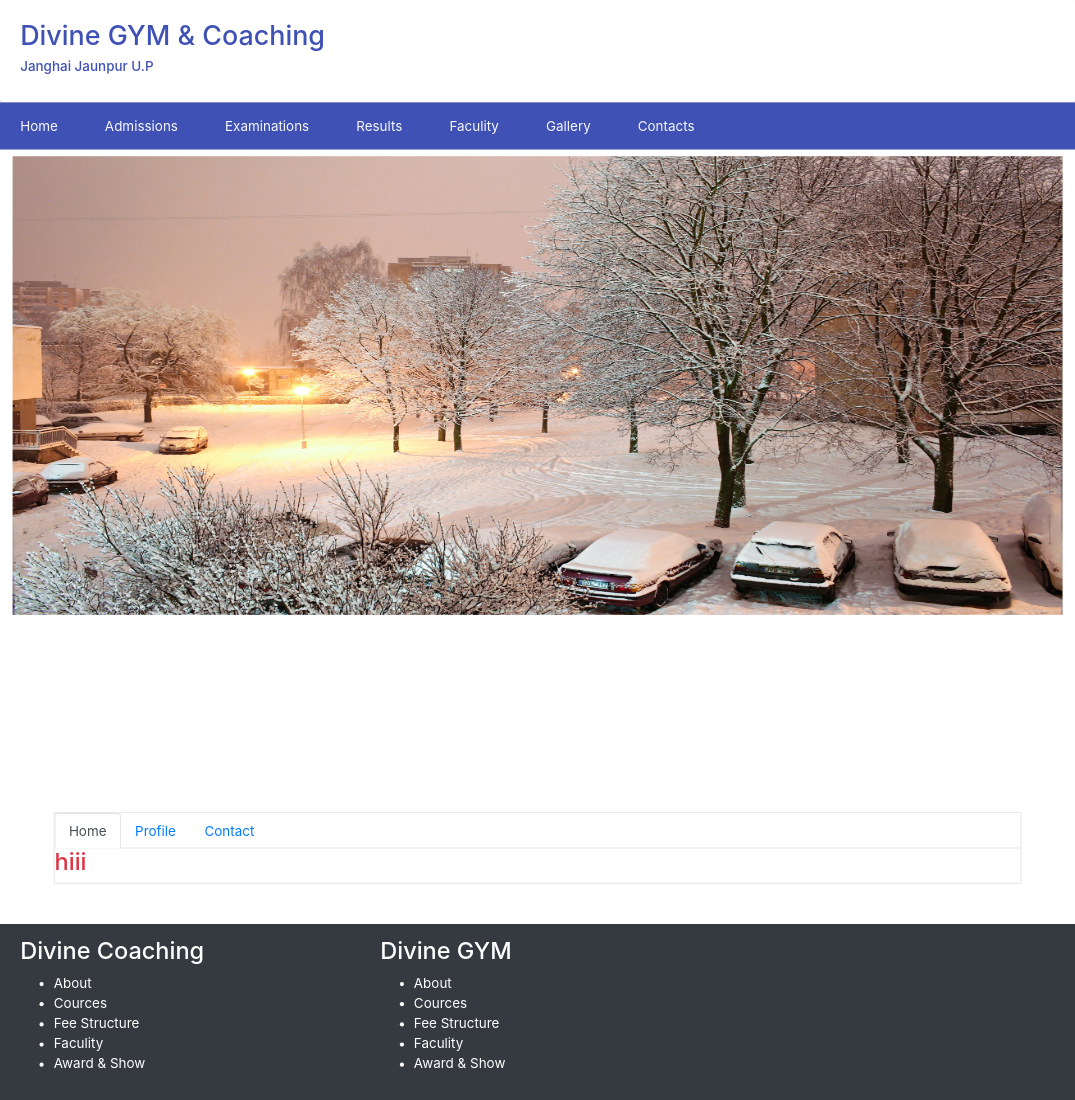
Repository: lalji-yadav/vikash-Coaching-frontend
Page: /gallery
The author's editor kept a copy of each file at every save. The page is drawn from the files as they stood at one save, then again after the next save.
The browser window is 1280 px wide. The pictures show the whole page, at 84% of full size.
The project was rebuilt for these pictures with package versions that can differ from the ones it lists, and the page was loaded fresh each time. Also part of the build but not shown: src/index.css, src/home/home.js, src/component/admission/admission.js, src/component/examination/examination.js, src/component/results/result.js, src/component/faculity/faculity.js.

Above is the page before, as saved 2021-04-11 13:47:31.

### public/index.html
<!DOCTYPE html>
<html lang="en">
  <head>
    <meta charset="utf-8" />
    <link rel="icon" href="%PUBLIC_URL%/favicon.ico" />
    <meta name="viewport" content="width=device-width, initial-scale=1" />
    <meta name="theme-color" content="#000000" />
    <meta
      name="description"
      content="Web site created using create-react-app"
    />


    <link rel="preconnect" href="https://fonts.gstatic.com">
    <link href="https://fonts.googleapis.com/css2?family=Open+Sans:wght@400;700&display=swap" rel="stylesheet">

    <link rel="apple-touch-icon" href="%PUBLIC_URL%/logo192.png" />
    <!--
      manifest.json provides metadata used when your web app is installed on a
      user's mobile device or desktop. See https://developers.google.com/web/fundamentals/web-app-manifest/
    -->
    <link rel="manifest" href="%PUBLIC_URL%/manifest.json" />


    <link rel="preconnect" href="https://fonts.gstatic.com">
<link href="https://fonts.googleapis.com/css2?family=Open+Sans&display=swap" rel="stylesheet">
    <!--
      Notice the use of %PUBLIC_URL% in the tags above.
      It will be replaced with the URL of the `public` folder during the build.
      Only files inside the `public` folder can be referenced from the HTML.

      Unlike "/favicon.ico" or "favicon.ico", "%PUBLIC_URL%/favicon.ico" will
      work correctly both with client-side routing and a non-root public URL.
      Learn how to configure a non-root public URL by running `npm run build`.
    -->
    <title>React App</title>
  </head>
  <body>
    <noscript>You need to enable JavaScript to run this app.</noscript>
    <div id="root"></div>
    <!--
      This HTML file is a template.
      If you open it directly in the browser, you will see an empty page.

      You can add webfonts, meta tags, or analytics to this file.
      The build step will place the bundled scripts into the <body> tag.

      To begin the development, run `npm start` or `yarn start`.
      To create a production bundle, use `npm run build` or `yarn build`.
    -->
  </body>
</html>

### src/App.js
import React from 'react';
import Header from "../src/header/header"
import { BrowserRouter } from 'react-router-dom';
import Footer from '../src/footer/footer'


function App() {
  return (
    <div style={{overflowX:"hidden"}}>

      <BrowserRouter>
          <Header />
      </BrowserRouter>


      {/* <Routers /> */}


      <Footer />

    </div>
  );
}

export default App;

### src/header/header.js
import React, { Component } from 'react';
import {Navbar, Nav } from 'react-bootstrap';
import { Card } from '@material-ui/core';
import { Link } from "react-router-dom";
import Routers from "../router/router"

class header extends Component {
    render() {
        return (
            <div>
                <Card className="py-4 pl-4">
                    <h2 style={{color:"#3f51b5"}}>Divine GYM & Coaching </h2>
                    <h6 style={{color:"#3f51b5"}}>Janghai Jaunpur U.P</h6>
                </Card>

                <Navbar style={{backgroundColor:"#3f51b5"}} variant="light" expand="lg">
                    <Navbar.Toggle aria-controls="basic-navbar-nav" />
                    <Navbar.Collapse id="basic-navbar-nav">
                    <Nav className="text-light">
                        <Nav.Link className="text-light pr-5" as={Link} to="/home">Home</Nav.Link>
                        <Nav.Link className="text-light pr-5" as={Link} to="/admission">Admissions</Nav.Link>
                        <Nav.Link className="text-light pr-5" as={Link} to="/examination">Examinations</Nav.Link>
                        <Nav.Link className="text-light pr-5" as={Link} to="/results">Results</Nav.Link>
                        <Nav.Link className="text-light pr-5" as={Link} to="/faculity">Faculity</Nav.Link>
                        <Nav.Link className="text-light pr-5" as={Link} to="/gallery">Gallery</Nav.Link>
                        <Nav.Link className="text-light pr-5" as={Link} to="/service">Contacts</Nav.Link>

                    </Nav>
                    </Navbar.Collapse>
                </Navbar>

                <Routers> </Routers>

            </div>
        );
    }
}

export default header;

### src/footer/footer.js
import React, { Component } from 'react';
// import { Card } from 'react-bootstrap';

class footer extends Component {
    render() {
        return (
              <div className="row bg-dark text-white mt-5 py-3 pl-4">

                  <div className="col-sm-4">
                  <h3> Divine Coaching </h3>
                  <ul>
                         <li> About </li>
                         <li> Cources </li>
                         <li> Fee Structure </li>
                         <li> Faculity </li>
                         <li> Award & Show </li>
                     </ul>
                  </div>

                  <div className="col-sm-4">
                  <h3> Divine GYM </h3>
                  <ul>
                         <li> About </li>
                         <li> Cources </li>
                         <li> Fee Structure </li>
                         <li> Faculity </li>
                         <li> Award & Show </li>
                     </ul>
                  </div>
              </div>
        );
    }
}

export default footer;

### src/router/router.js
import React, { Component } from 'react';
import {
    Switch,
    Route
  } from "react-router-dom";
  import Home from '../home/home'
  import Admission from "../component/admission/admission"
  import Examination from "../component/examination/examination"
  import Result from "../component/results/result"
  import Faculity from "../component/faculity/faculity"
import Gallery from '../component/gallery/gallery';

class router extends Component {
    render() {
        return (
            <div>
                   <Switch>
                    <Route exact path="/" component={Home} />
                    <Route exact path="/home" component={Home} />
                    <Route exact path="/admission" component={Admission} />
                    <Route exact path="/examination" component={Examination} />
                    <Route exact path="/results" component={Result} />
                    <Route exact path="/faculity" component={Faculity} />
                    <Route exact path="/gallery" component={Gallery} />
                    </Switch>

            </div>
        );
    }
}

export default router;

### src/component/gallery/gallery.js
import React, { Component } from "react";
import {Tab, Tabs} from 'react-bootstrap'

class gallery extends Component {

  render() {

    return (
      <div>

        <div className="row m-0 p-0">
          <div className="col-sm-12 mt-2">
            <img
              style={{ width: "100%", height: "70%" }}
              src={
                process.env.PUBLIC_URL +
                "/image/gallery/Admin/0 (22) - Copy.jpg"
              }
              alt=""
            />
          </div>

        </div>

        <div className="border mt-0" style={{width:"90%", marginLeft:"5%"}} >
          <Tabs defaultActiveKey="Home" id="uncontrolled-tab-example">
            <Tab className="text-danger" eventKey="Home" title="Home">
              <h3>hiii </h3>
            </Tab>
            <Tab eventKey="profile" title="Profile">
              <h3>profile </h3>
            </Tab>
            <Tab eventKey="contact" title="Contact" >
              <h3>vghtrh </h3>
            </Tab>
          </Tabs>


        </div>
      </div>
    );
  }
}

export default gallery;

Loaded but not shown: src/index.js (common file); src/serviceWorker.js (common file)

After the next save:
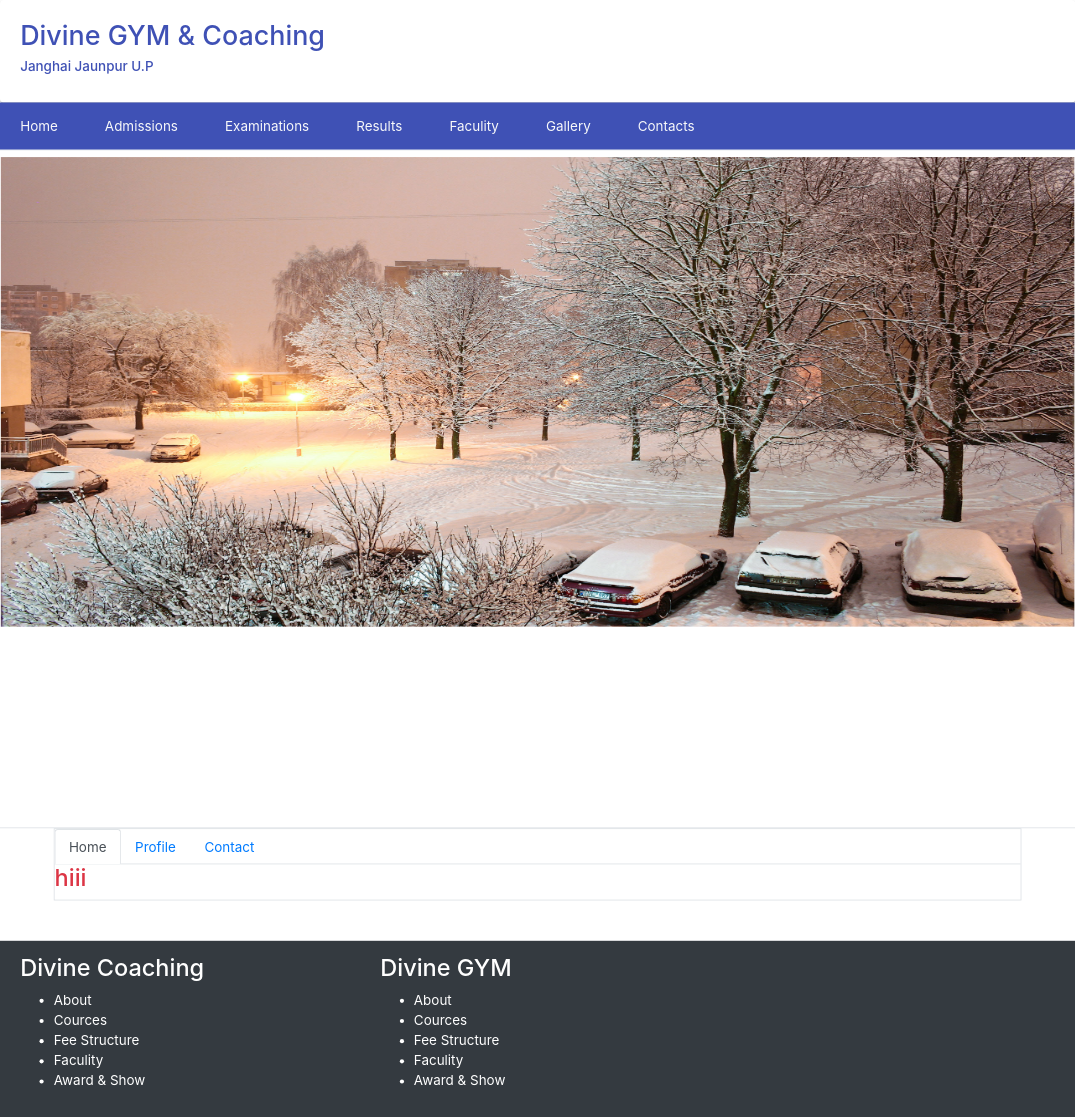
Saved 26 min 5 s later.
--- a/src/component/gallery/gallery.js
+++ b/src/component/gallery/gallery.js
@@ -8,7 +8,7 @@ class gallery extends Component {
     return (
       <div>
 
-        <div className="row m-0 p-0">
+        <div className="row border">
           <div className="col-sm-12 mt-2">
             <img
               style={{ width: "100%", height: "70%" }}
